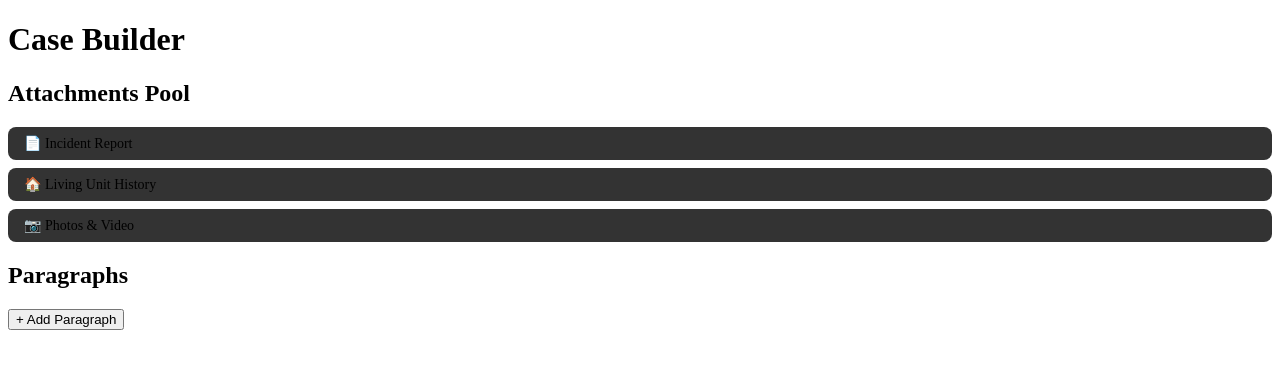
Repository: GettinLudes/CaseBuilder
Page: /
These files come from the project's save history. The page is drawn as it stood at one moment and after the next save; the edit follows.
The browser window is 1280 px wide. The pictures show the whole page.
The project was rebuilt for these pictures with package versions that can differ from the ones it lists, and the page was loaded fresh each time. Also part of the build but not shown: svelte.config.js, vite.config.js.

Above is the page before, as saved 2025-04-11 12:12:36.

### src/main.js
import App from './App.svelte';

const app = new App({
	target: document.getElementById('app')
});

export default app;

### src/App.svelte
<script>
	import { onMount } from 'svelte';
	import gsap from 'gsap';
	import Sortable from 'sortablejs';

	let attachments = [
	  { id: 1, name: 'Incident Report', icon: '📄' },
	  { id: 2, name: 'Living Unit History', icon: '🏠' },
	  { id: 3, name: 'Photos & Video', icon: '📷' }
	];

	let paragraphs = [];

	function addParagraph() {
	  const newId = paragraphs.length + 1;
	  paragraphs = [...paragraphs, { id: newId, text: '', attachmentIds: [] }];
	  setTimeout(() => animateIn(newId), 0);
	}

	function animateIn(id) {
	  const el = document.querySelector(`#para-${id}`);
	  if (el) {
		gsap.fromTo(el, { opacity: 0, y: 20 }, { opacity: 1, y: 0, duration: 0.4 });
	  }
	}

	onMount(() => {
	  Sortable.create(document.getElementById('attachments'), {
		group: 'shared',
		animation: 150,
		ghostClass: 'opacity-30'
	  });

	  document.querySelectorAll('.paragraph-dropzone').forEach((el) => {
		Sortable.create(el, {
		  group: 'shared',
		  animation: 150,
		  ghostClass: 'opacity-30',
		  onAdd: function (evt) {
			const paraId = parseInt(evt.to.dataset.paraId);
			const attachmentId = parseInt(evt.item.dataset.attachmentId);

			paragraphs = paragraphs.map(p => {
			  if (p.id === paraId && !p.attachmentIds.includes(attachmentId)) {
				p.attachmentIds.push(attachmentId);
			  }
			  return p;
			});
		  }
		});
	  });
	});
  </script>

  <style>
	.box {
	  background-color: #1a1a1a;
	  padding: 1rem;
	  border-radius: 1rem;
	  box-shadow: 0 0 10px rgba(0,0,0,0.5);
	  margin-bottom: 1rem;
	}
	.draggable {
	  cursor: move;
	  padding: 0.5rem 1rem;
	  background-color: #333;
	  border-radius: 0.5rem;
	  font-size: 0.875rem;
	  margin-bottom: 0.5rem;
	}
  </style>

  <main class="min-h-screen p-6 bg-[#111] text-white">
	<h1 class="text-3xl font-bold mb-6">Case Builder</h1>

	<section>
	  <h2 class="text-xl mb-2">Attachments Pool</h2>
	  <div id="attachments" class="flex gap-4 flex-wrap bg-gray-800 p-4 rounded-xl min-h-[80px]">
		{#each attachments as a (a.id)}
		  <div class="draggable" data-attachment-id={a.id} title={a.name}>
			{a.icon} {a.name}
		  </div>
		{/each}
	  </div>
	</section>

	<section class="mt-8">
	  <div class="flex justify-between items-center mb-4">
		<h2 class="text-xl">Paragraphs</h2>
		<button on:click={addParagraph} class="bg-cyan-600 px-4 py-2 rounded hover:bg-cyan-500">+ Add Paragraph</button>
	  </div>

	  {#each paragraphs as para (para.id)}
		<div id={"para-" + para.id} class="box transition-all">
		  <textarea bind:value={para.text} rows="4" class="w-full bg-gray-900 p-2 rounded text-white mb-3" placeholder="Enter paragraph text..."></textarea>
		  <div class="paragraph-dropzone min-h-[40px] bg-gray-800 p-2 rounded" data-para-id={para.id}>
			{#each para.attachmentIds as id}
			  {#each attachments.filter(a => a.id === id) as a}
				<span class="inline-block mr-2 mb-2 px-2 py-1 bg-gray-700 rounded text-sm">{a.icon} {a.name}</span>
			  {/each}
			{/each}
		  </div>
		</div>
	  {/each}
	</section>
  </main>

Loaded but not shown: index.html (common file)

After the next save:
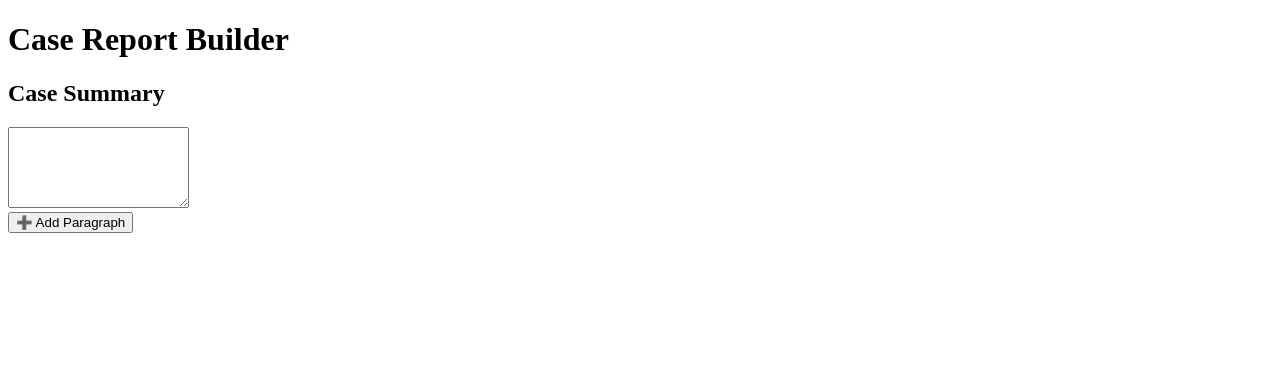
Saved 18 s later.
--- a/src/App.svelte
+++ b/src/App.svelte
@@ -3,104 +3,46 @@
 	import gsap from 'gsap';
 	import Sortable from 'sortablejs';
 
-	let attachments = [
-	  { id: 1, name: 'Incident Report', icon: '📄' },
-	  { id: 2, name: 'Living Unit History', icon: '🏠' },
-	  { id: 3, name: 'Photos & Video', icon: '📷' }
+	let paragraphs = [
+	  { id: 1, title: 'Case Summary', content: '' },
 	];
 
-	let paragraphs = [];
-
-	function addParagraph() {
-	  const newId = paragraphs.length + 1;
-	  paragraphs = [...paragraphs, { id: newId, text: '', attachmentIds: [] }];
-	  setTimeout(() => animateIn(newId), 0);
-	}
-
-	function animateIn(id) {
-	  const el = document.querySelector(`#para-${id}`);
-	  if (el) {
-		gsap.fromTo(el, { opacity: 0, y: 20 }, { opacity: 1, y: 0, duration: 0.4 });
-	  }
-	}
+	const addParagraph = () => {
+	  const id = paragraphs.length + 1;
+	  paragraphs = [...paragraphs, { id, title: `Paragraph #${id}`, content: '' }];
+	};
 
 	onMount(() => {
-	  Sortable.create(document.getElementById('attachments'), {
-		group: 'shared',
+	  const el = document.getElementById('paragraphs');
+	  Sortable.create(el, {
 		animation: 150,
-		ghostClass: 'opacity-30'
-	  });
-
-	  document.querySelectorAll('.paragraph-dropzone').forEach((el) => {
-		Sortable.create(el, {
-		  group: 'shared',
-		  animation: 150,
-		  ghostClass: 'opacity-30',
-		  onAdd: function (evt) {
-			const paraId = parseInt(evt.to.dataset.paraId);
-			const attachmentId = parseInt(evt.item.dataset.attachmentId);
-
-			paragraphs = paragraphs.map(p => {
-			  if (p.id === paraId && !p.attachmentIds.includes(attachmentId)) {
-				p.attachmentIds.push(attachmentId);
-			  }
-			  return p;
-			});
-		  }
-		});
+		onEnd: (evt) => {
+		  const moved = paragraphs.splice(evt.oldIndex, 1)[0];
+		  paragraphs.splice(evt.newIndex, 0, moved);
+		}
 	  });
 	});
   </script>
 
+  <main class="p-6 text-white bg-gray-900 min-h-screen">
+	<h1 class="text-3xl mb-4">Case Report Builder</h1>
+	<div id="paragraphs" class="space-y-4">
+	  {#each paragraphs as p (p.id)}
+		<div class="bg-gray-800 p-4 rounded shadow">
+		  <h2 class="font-semibold mb-2">{p.title}</h2>
+		  <textarea class="w-full p-2 bg-gray-700 text-white rounded resize-none" rows="5" bind:value={p.content}></textarea>
+		</div>
+	  {/each}
+	</div>
+
+	<button class="mt-6 px-4 py-2 bg-blue-600 hover:bg-blue-700 rounded" on:click={addParagraph}>
+	  ➕ Add Paragraph
+	</button>
+  </main>
+
   <style>
-	.box {
-	  background-color: #1a1a1a;
-	  padding: 1rem;
-	  border-radius: 1rem;
-	  box-shadow: 0 0 10px rgba(0,0,0,0.5);
-	  margin-bottom: 1rem;
-	}
-	.draggable {
-	  cursor: move;
-	  padding: 0.5rem 1rem;
-	  background-color: #333;
-	  border-radius: 0.5rem;
-	  font-size: 0.875rem;
-	  margin-bottom: 0.5rem;
+	html, body {
+	  margin: 0;
+	  padding: 0;
 	}
   </style>
-
-  <main class="min-h-screen p-6 bg-[#111] text-white">
-	<h1 class="text-3xl font-bold mb-6">Case Builder</h1>
-
-	<section>
-	  <h2 class="text-xl mb-2">Attachments Pool</h2>
-	  <div id="attachments" class="flex gap-4 flex-wrap bg-gray-800 p-4 rounded-xl min-h-[80px]">
-		{#each attachments as a (a.id)}
-		  <div class="draggable" data-attachment-id={a.id} title={a.name}>
-			{a.icon} {a.name}
-		  </div>
-		{/each}
-	  </div>
-	</section>
-
-	<section class="mt-8">
-	  <div class="flex justify-between items-center mb-4">
-		<h2 class="text-xl">Paragraphs</h2>
-		<button on:click={addParagraph} class="bg-cyan-600 px-4 py-2 rounded hover:bg-cyan-500">+ Add Paragraph</button>
-	  </div>
-
-	  {#each paragraphs as para (para.id)}
-		<div id={"para-" + para.id} class="box transition-all">
-		  <textarea bind:value={para.text} rows="4" class="w-full bg-gray-900 p-2 rounded text-white mb-3" placeholder="Enter paragraph text..."></textarea>
-		  <div class="paragraph-dropzone min-h-[40px] bg-gray-800 p-2 rounded" data-para-id={para.id}>
-			{#each para.attachmentIds as id}
-			  {#each attachments.filter(a => a.id === id) as a}
-				<span class="inline-block mr-2 mb-2 px-2 py-1 bg-gray-700 rounded text-sm">{a.icon} {a.name}</span>
-			  {/each}
-			{/each}
-		  </div>
-		</div>
-	  {/each}
-	</section>
-  </main>

After the save that followed:
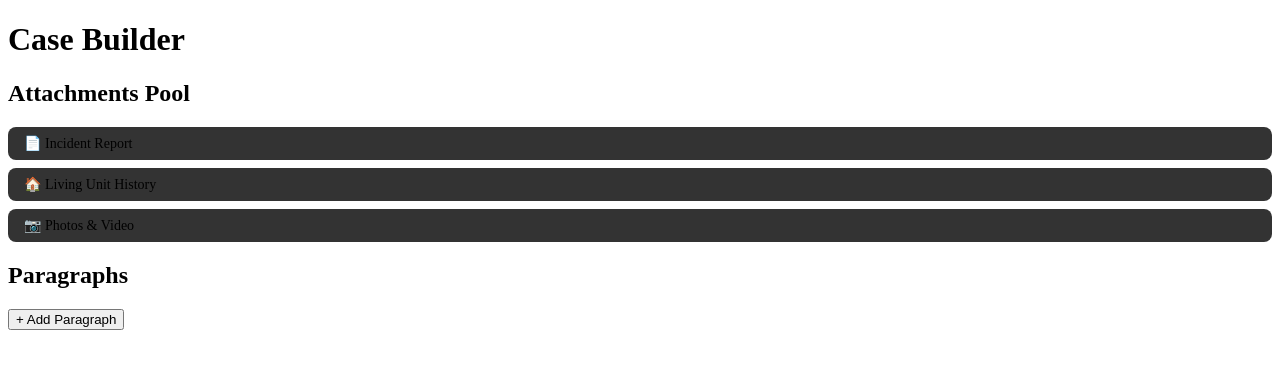
Saved 35 s later.
--- a/src/App.svelte
+++ b/src/App.svelte
@@ -3,46 +3,104 @@
 	import gsap from 'gsap';
 	import Sortable from 'sortablejs';
 
-	let paragraphs = [
-	  { id: 1, title: 'Case Summary', content: '' },
+	let attachments = [
+	  { id: 1, name: 'Incident Report', icon: '📄' },
+	  { id: 2, name: 'Living Unit History', icon: '🏠' },
+	  { id: 3, name: 'Photos & Video', icon: '📷' }
 	];
 
-	const addParagraph = () => {
-	  const id = paragraphs.length + 1;
-	  paragraphs = [...paragraphs, { id, title: `Paragraph #${id}`, content: '' }];
-	};
+	let paragraphs = [];
+
+	function addParagraph() {
+	  const newId = paragraphs.length + 1;
+	  paragraphs = [...paragraphs, { id: newId, text: '', attachmentIds: [] }];
+	  setTimeout(() => animateIn(newId), 0);
+	}
+
+	function animateIn(id) {
+	  const el = document.querySelector(`#para-${id}`);
+	  if (el) {
+		gsap.fromTo(el, { opacity: 0, y: 20 }, { opacity: 1, y: 0, duration: 0.4 });
+	  }
+	}
 
 	onMount(() => {
-	  const el = document.getElementById('paragraphs');
-	  Sortable.create(el, {
+	  Sortable.create(document.getElementById('attachments'), {
+		group: 'shared',
 		animation: 150,
-		onEnd: (evt) => {
-		  const moved = paragraphs.splice(evt.oldIndex, 1)[0];
-		  paragraphs.splice(evt.newIndex, 0, moved);
-		}
+		ghostClass: 'opacity-30'
+	  });
+
+	  document.querySelectorAll('.paragraph-dropzone').forEach((el) => {
+		Sortable.create(el, {
+		  group: 'shared',
+		  animation: 150,
+		  ghostClass: 'opacity-30',
+		  onAdd: function (evt) {
+			const paraId = parseInt(evt.to.dataset.paraId);
+			const attachmentId = parseInt(evt.item.dataset.attachmentId);
+
+			paragraphs = paragraphs.map(p => {
+			  if (p.id === paraId && !p.attachmentIds.includes(attachmentId)) {
+				p.attachmentIds.push(attachmentId);
+			  }
+			  return p;
+			});
+		  }
+		});
 	  });
 	});
   </script>
 
-  <main class="p-6 text-white bg-gray-900 min-h-screen">
-	<h1 class="text-3xl mb-4">Case Report Builder</h1>
-	<div id="paragraphs" class="space-y-4">
-	  {#each paragraphs as p (p.id)}
-		<div class="bg-gray-800 p-4 rounded shadow">
-		  <h2 class="font-semibold mb-2">{p.title}</h2>
-		  <textarea class="w-full p-2 bg-gray-700 text-white rounded resize-none" rows="5" bind:value={p.content}></textarea>
+  <style>
+	.box {
+	  background-color: #1a1a1a;
+	  padding: 1rem;
+	  border-radius: 1rem;
+	  box-shadow: 0 0 10px rgba(0,0,0,0.5);
+	  margin-bottom: 1rem;
+	}
+	.draggable {
+	  cursor: move;
+	  padding: 0.5rem 1rem;
+	  background-color: #333;
+	  border-radius: 0.5rem;
+	  font-size: 0.875rem;
+	  margin-bottom: 0.5rem;
+	}
+  </style>
+
+  <main class="min-h-screen p-6 bg-[#111] text-white">
+	<h1 class="text-3xl font-bold mb-6">Case Builder</h1>
+
+	<section>
+	  <h2 class="text-xl mb-2">Attachments Pool</h2>
+	  <div id="attachments" class="flex gap-4 flex-wrap bg-gray-800 p-4 rounded-xl min-h-[80px]">
+		{#each attachments as a (a.id)}
+		  <div class="draggable" data-attachment-id={a.id} title={a.name}>
+			{a.icon} {a.name}
+		  </div>
+		{/each}
+	  </div>
+	</section>
+
+	<section class="mt-8">
+	  <div class="flex justify-between items-center mb-4">
+		<h2 class="text-xl">Paragraphs</h2>
+		<button on:click={addParagraph} class="bg-cyan-600 px-4 py-2 rounded hover:bg-cyan-500">+ Add Paragraph</button>
+	  </div>
+
+	  {#each paragraphs as para (para.id)}
+		<div id={"para-" + para.id} class="box transition-all">
+		  <textarea bind:value={para.text} rows="4" class="w-full bg-gray-900 p-2 rounded text-white mb-3" placeholder="Enter paragraph text..."></textarea>
+		  <div class="paragraph-dropzone min-h-[40px] bg-gray-800 p-2 rounded" data-para-id={para.id}>
+			{#each para.attachmentIds as id}
+			  {#each attachments.filter(a => a.id === id) as a}
+				<span class="inline-block mr-2 mb-2 px-2 py-1 bg-gray-700 rounded text-sm">{a.icon} {a.name}</span>
+			  {/each}
+			{/each}
+		  </div>
 		</div>
 	  {/each}
-	</div>
-
-	<button class="mt-6 px-4 py-2 bg-blue-600 hover:bg-blue-700 rounded" on:click={addParagraph}>
-	  ➕ Add Paragraph
-	</button>
+	</section>
   </main>
-
-  <style>
-	html, body {
-	  margin: 0;
-	  padding: 0;
-	}
-  </style>
